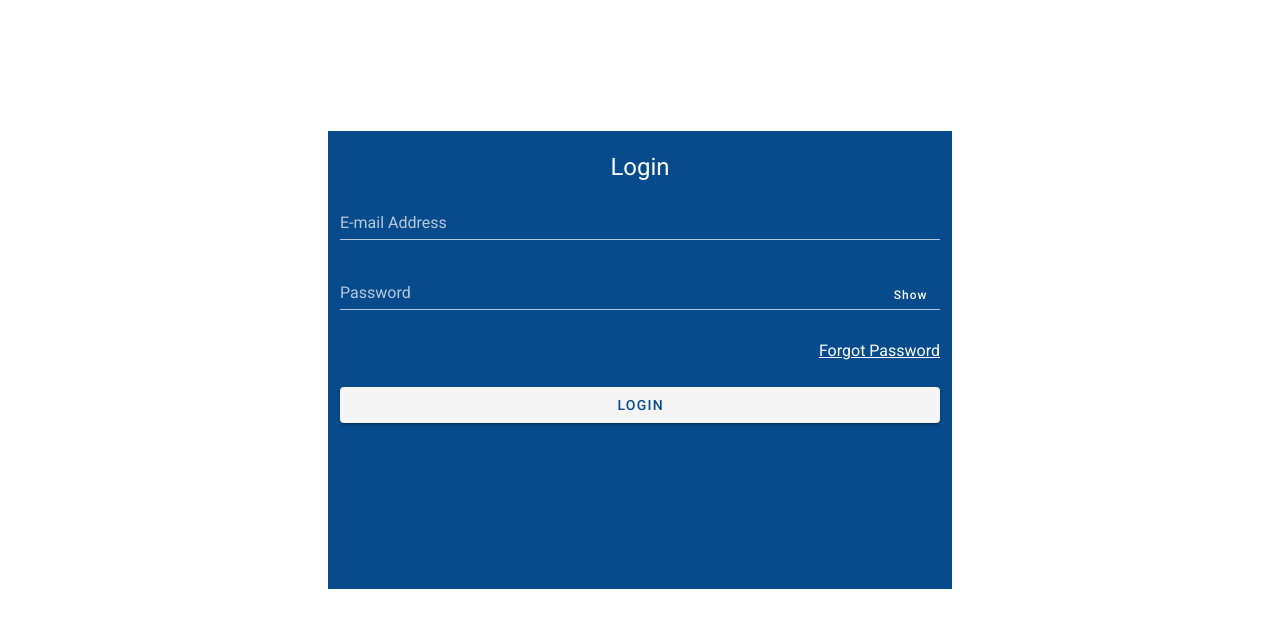
Repository: Grace229/Login
Page: /
An editor plug-in stored every save of this project. The page is shown before and after the next save, followed by the edit.
The browser window is 1280 px wide. The pictures show the whole page.
The project was rebuilt for these pictures with package versions that can differ from the ones it lists, and the page was loaded fresh each time. Also part of the build but not shown: vue.config.js. Imported but missing from the stored project, and not drawn on this page: src/components/EventBus, src/views/About.vue.

Above is the page before, as saved 2021-02-15 12:05:24.

After the next save:
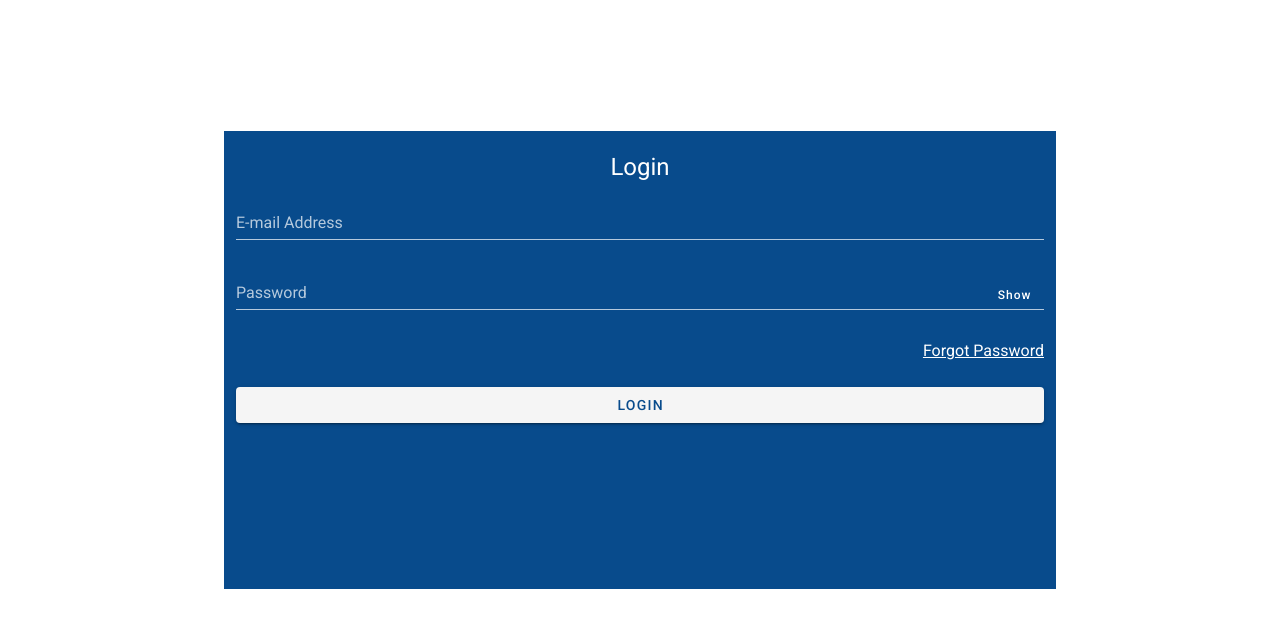
Saved 70 s later.
--- a/src/views/Home.vue
+++ b/src/views/Home.vue
@@ -3,7 +3,7 @@
     style="min-height:100vh"
     class="fill-height white--text d-flex flex-column justify-center pa-4"
   >
-    <div class="col-md-8 primary mx-auto" style="width: 50%; height:100%">
+    <div class="col-md-8 primary mx-auto" style="height: 100%;">
       <header>
         <div class="headline text-center py-2">
           Login
